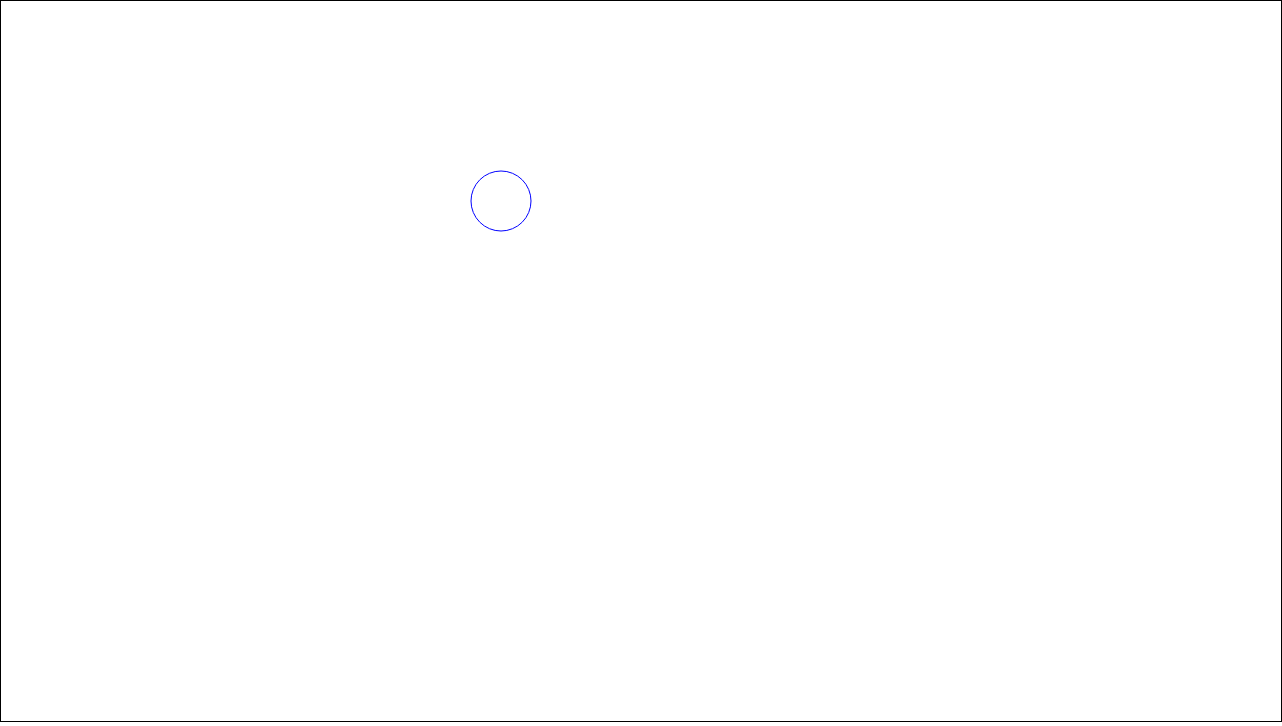
Repository: msminsu/study-canvas
Page: canvas/index.html
These files come from the project's save history. The page is drawn as it stood at one moment and after the next save; the edit follows.
The browser window is 1280 px wide. The page is 1282 px wide, so the pictures cover 1282 px, including what lies to the right of the window. The pictures show the whole page.

Above is the page before, as saved 2018-11-23 10:56:58.

### canvas/index.html
<!DOCTYPE html>
<html lang="en">
<head>
    <meta charset="UTF-8">
    <title>Document</title>
    <style>
        body{
            margin: 0;
        }
        canvas{
            width:100%;
            height: 100vh;
            border:1px solid black

        }
    </style>
</head>
<body>
    <canvas></canvas>
</body>
<script>
    var canvas = document.querySelector('canvas');
    canvas.width = window.innerWidth;
    canvas.height = window.innerHeight;

    var c = canvas.getContext('2d');

    // c.fillRect(100,100, 20, 20);


    /* c.beginPath();
    c.arc(200,200,30, 0, Math.PI * 2, false);
    c.strokeStyle = 'blue';
    c.stroke(); */


var x = 200;
var dx = 1;
    function animate(){
        requestAnimationFrame(animate);
        c.clearRect(0, 0, innerWidth, innerHeight);

        c.beginPath();
        c.arc(x,200,30, 0, Math.PI * 2, false);
        c.strokeStyle = 'blue';
        c.stroke();

        if( x > innerWidth){
            dx = -dx;
        }
        x+= dx;
    }

animate();

</script>
</html>

After the next save:
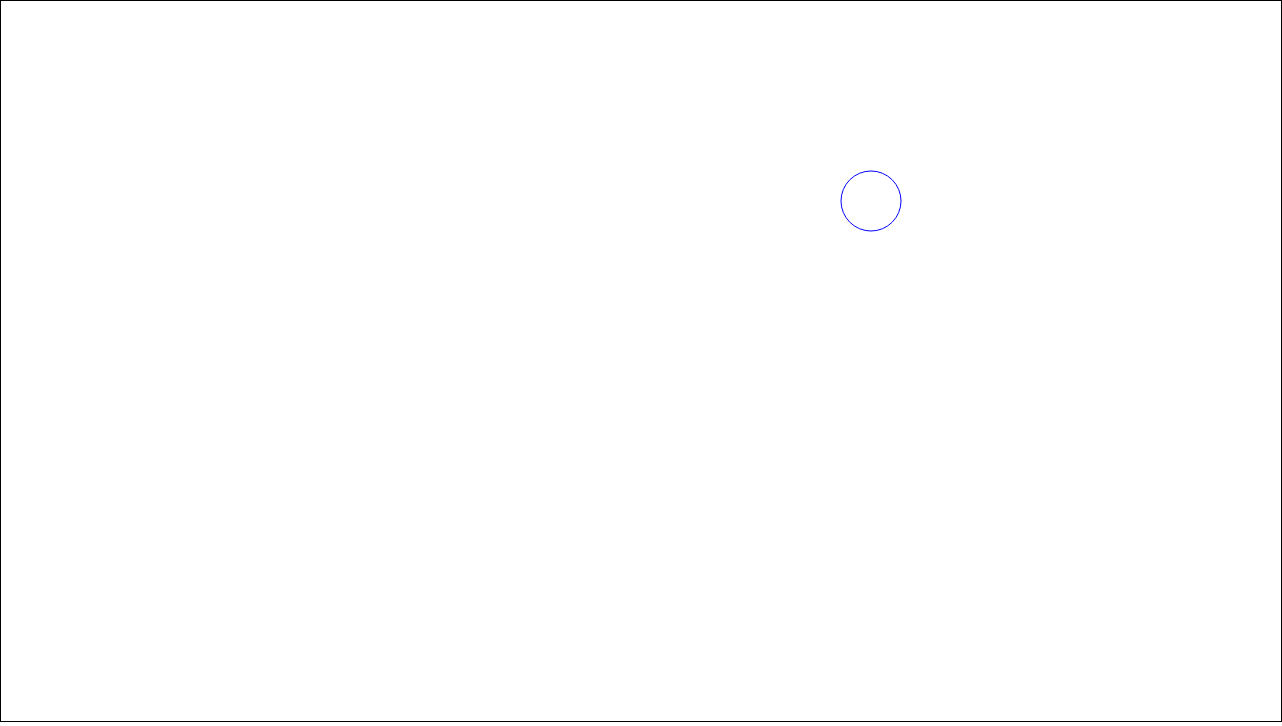
Saved 5 s later.
--- a/canvas/index.html
+++ b/canvas/index.html
@@ -35,7 +35,7 @@
 
 
 var x = 200;
-var dx = 1;
+var dx = 5;
     function animate(){
         requestAnimationFrame(animate);
         c.clearRect(0, 0, innerWidth, innerHeight);
